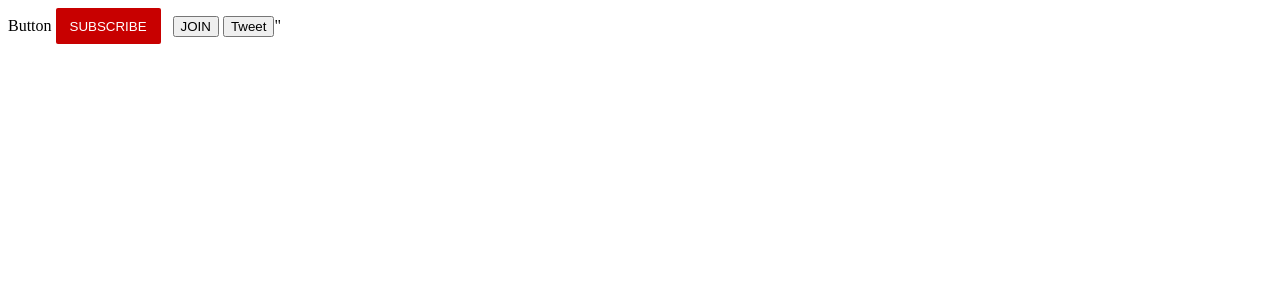
Repository: knowledgeAlan/css-lession-project
Page: lesson-03/buttons.html
An editor plug-in stored every save of this project. The page is shown before and after the next save, followed by the edit.
The browser window is 1280 px wide. The pictures show the whole page.
The pointer rests on the first visible `.subscribe-button`.

Above is the page before, as saved 2024-01-09 19:41:41.

### lesson-03/buttons.html
<html>
    <head>Button</head>
    <title>Button</title>


    <style>
        .subscribe-button{
            background-color: rgb(200, 0, 0);
            color: white;
            border: none;
            height: 36px;
            width: 105px;
            border-radius: 2px;
            cursor: pointer;
            margin-right: 8px;
            transition: opacity 0.15s;

        }


    </style>
    <body>

        <button class="subscribe-button">
            SUBSCRIBE
        </button>


        <button class="join-button">
            JOIN
        </button>

        <button class="tweet-button" >
            Tweet
        </button>"
    </body>
</html>

After the next save:
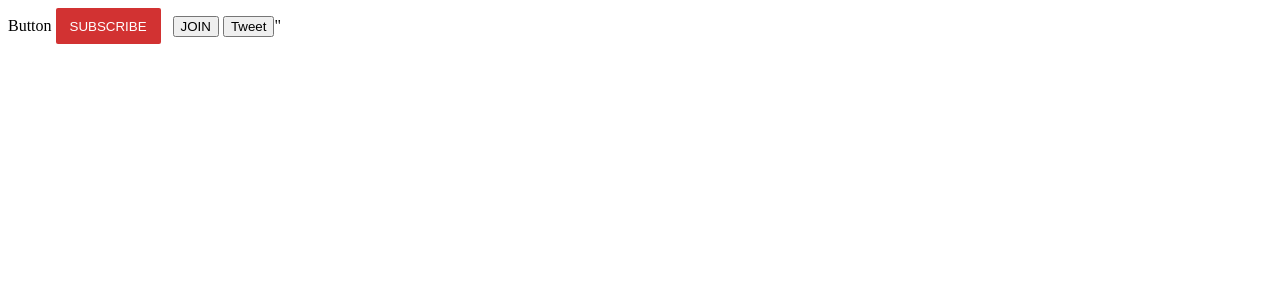
Saved 29 s later.
--- a/lesson-03/buttons.html
+++ b/lesson-03/buttons.html
@@ -17,7 +17,9 @@
 
         }
 
-
+        .subscribe-button:hover{
+            opacity: 0.8;
+        }
     </style>
     <body>
 
